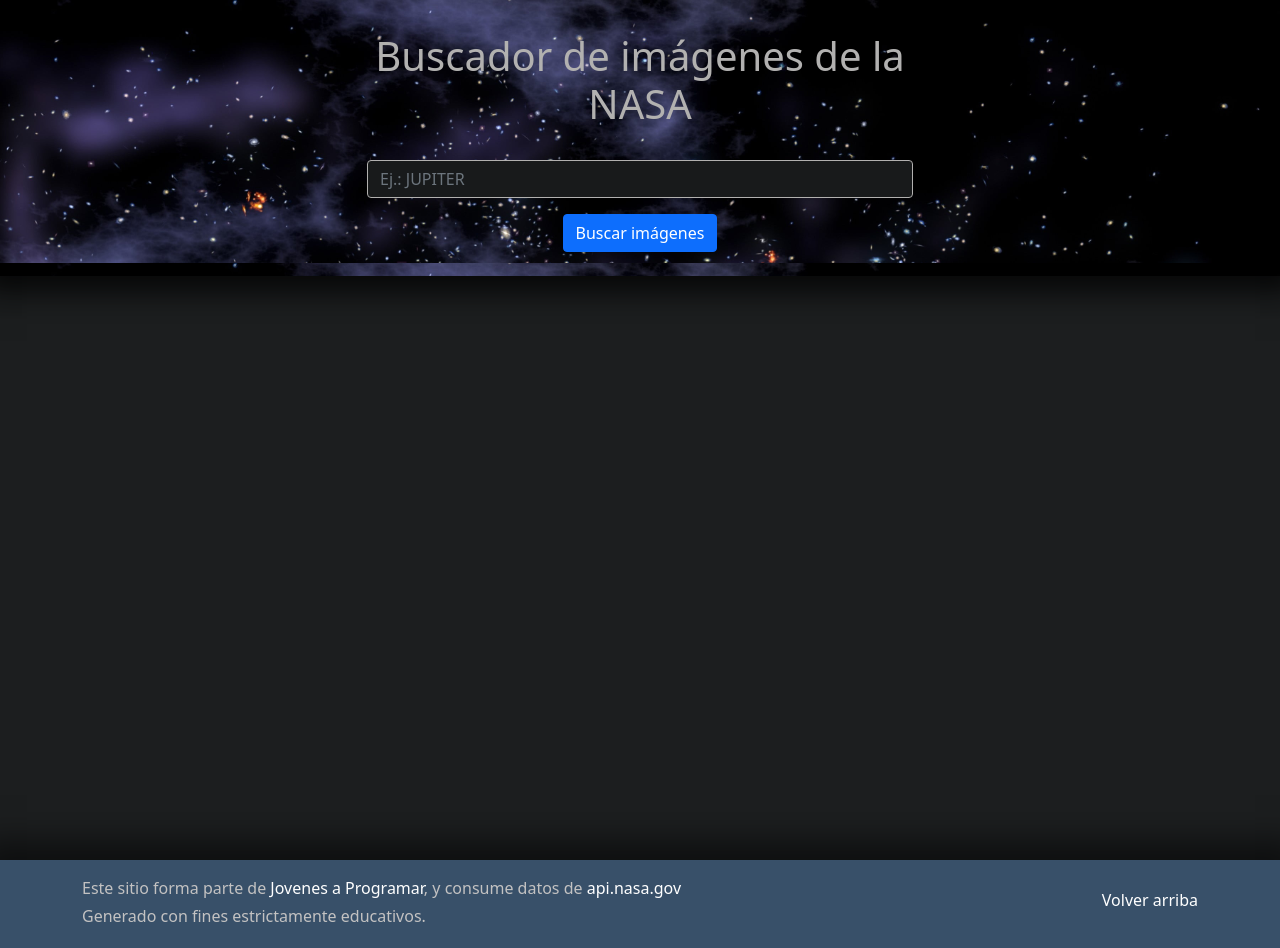
Repository: romancegirl/galaxies
Page: index.html
An editor plug-in stored every save of this project. The page is shown before and after the next save, followed by the edit.
The browser window is 1280 px wide. The pictures show the whole page.

Above is the page before, as saved 2024-11-30 05:00:04.

After the next save:
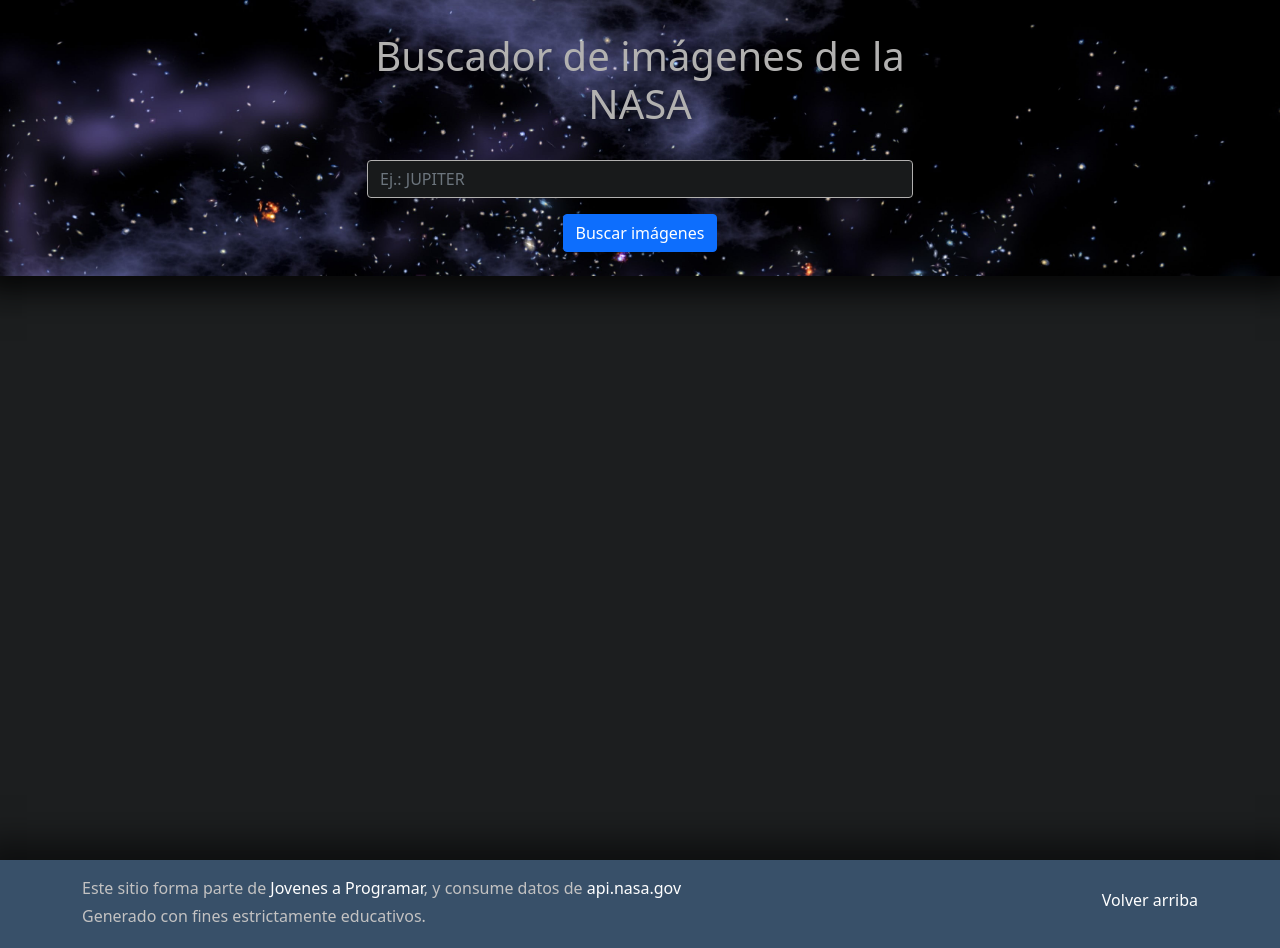
Saved 31 s later.
--- a/css/style.css
+++ b/css/style.css
@@ -1,6 +1,6 @@
 header {
     background-image: url(/img/header.png);
-background-size: contain;    bottom: 0;
+background-size: cover;    bottom: 0;
     width: 100%;
     box-shadow: 0 0 30px 20px rgba(0, 0, 0, 0.5);
 }
